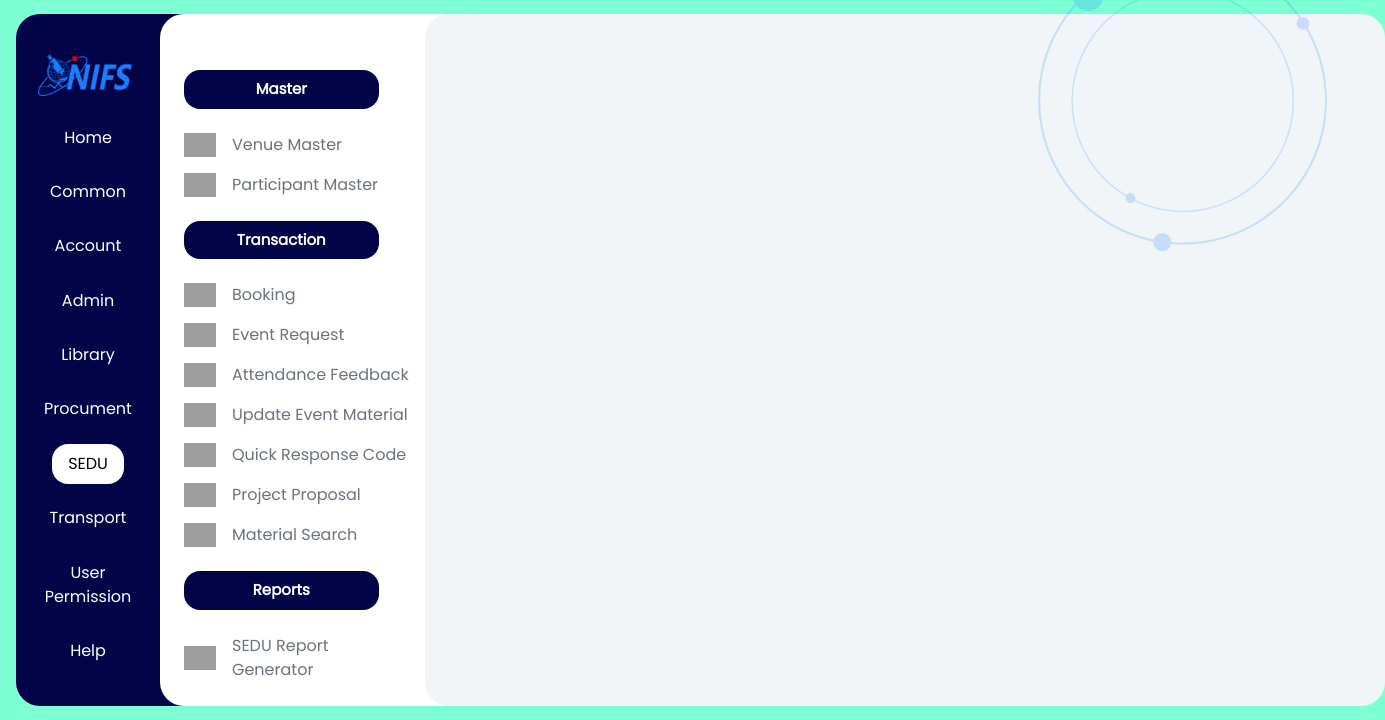
Repository: virangaj/NIFS-WebApp
Page: /sedu (app in client/)
An editor plug-in stored every save of this project. The page is shown before and after the next save, followed by the edit.
The browser window is 1280 px wide. The page is 1385 px wide, so the pictures cover 1385 px, including what lies to the right of the window. The pictures show the whole page.
Pictures or frames that could not be fetched are drawn as grey boxes. The project was rebuilt for these pictures with package versions that can differ from the ones it lists, and the page was loaded fresh each time. Also part of the build but not shown: client/src/pages/Login.tsx, client/src/pages/Home.tsx, client/src/components/Transport/shared/TransportNavbar.js, client/src/pages/TransportMainPage.tsx, client/src/pages/CommonMainPage.tsx, client/src/pages/AccountMainPage.tsx, client/src/pages/AdminMainPage.tsx, client/src/pages/LibraryMainPage.js and 15 more.

Above is the page before, as saved 2022-07-31 00:29:13.

After the next save:
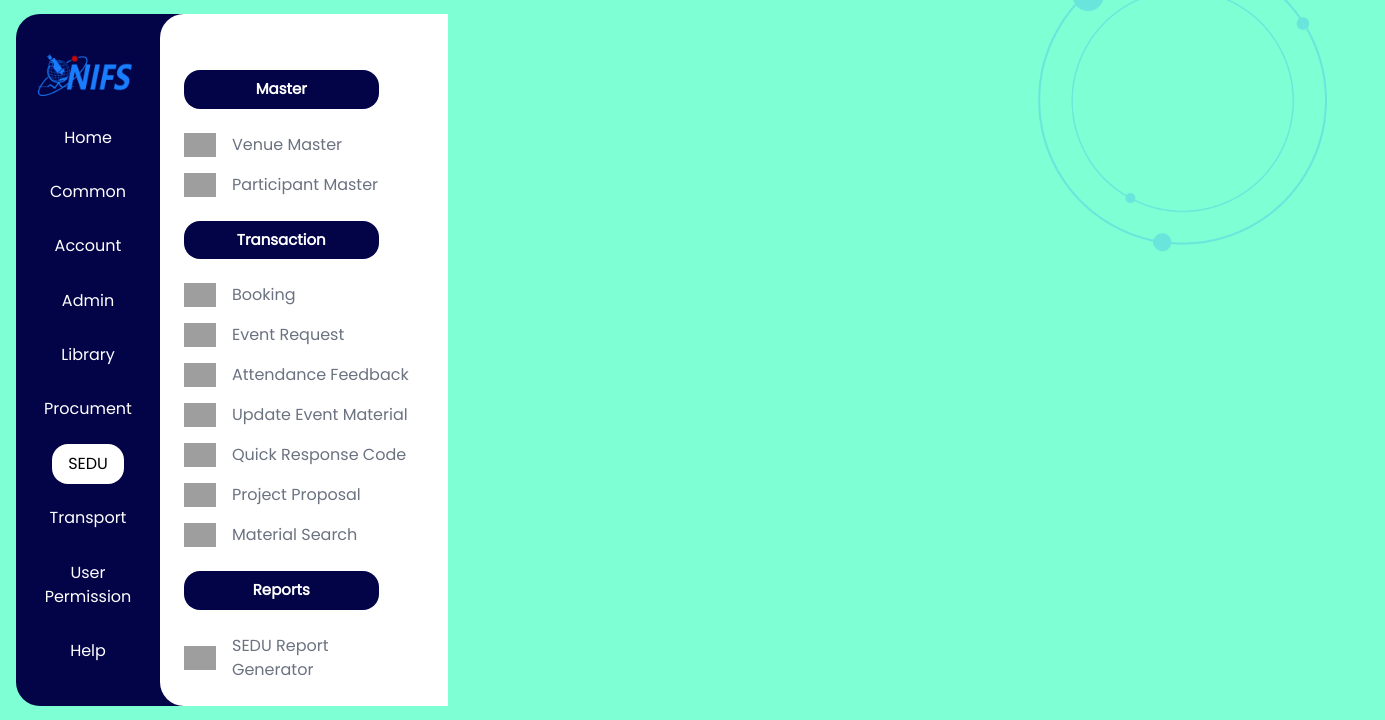
Saved 3 min 21 s later.
--- a/client/src/index.css
+++ b/client/src/index.css
@@ -29,7 +29,8 @@ body {
   --pimary: rgb(10, 94, 133);
   --warning: #ed3d63;
   --secondary-nav-color: rgb(255, 255, 255);
-  --body-content-bg: #f2f5f8;
+  --body-content-bg: linear-gradient(90deg, rgba(215, 251, 255, 0.4290091036414566) 0%, rgba(198, 229, 255, 0.2861519607843137) 100%);
+
 }
 
 

After the save that followed:
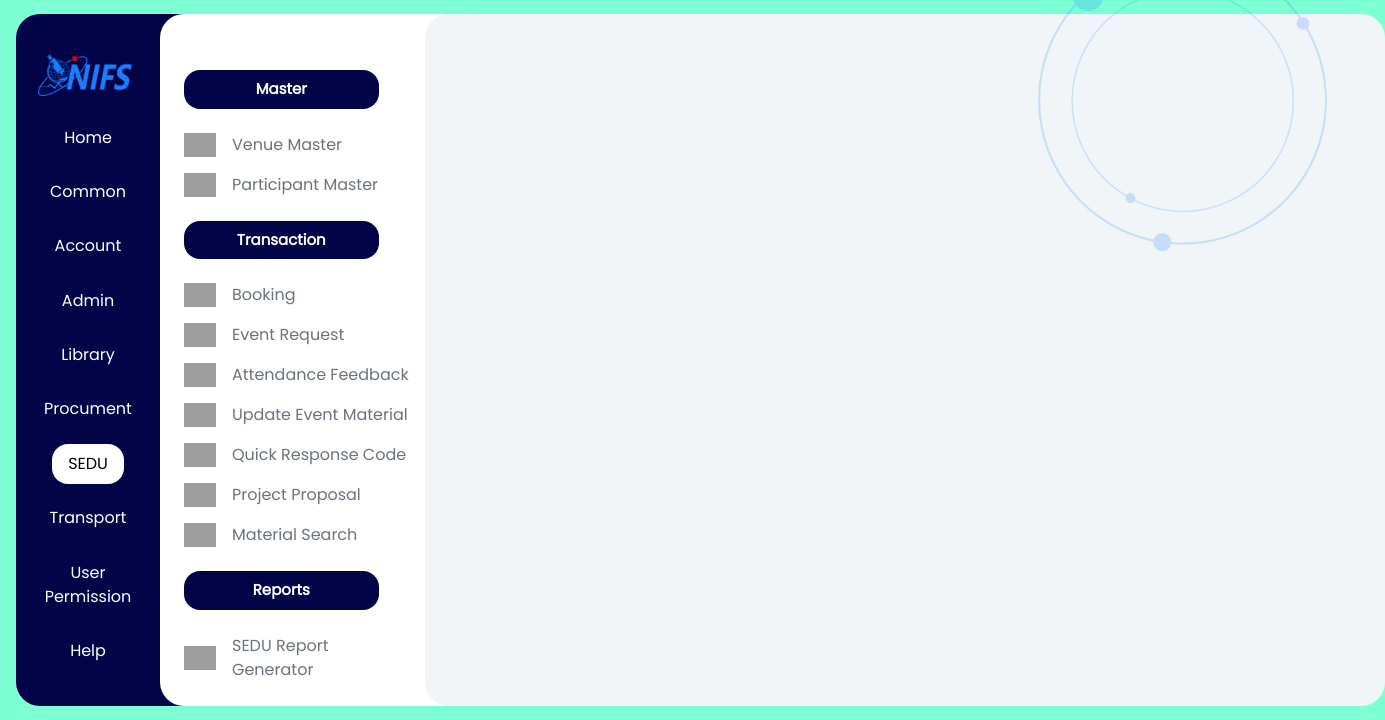
Saved 9 s later.
--- a/client/src/index.css
+++ b/client/src/index.css
@@ -29,8 +29,7 @@ body {
   --pimary: rgb(10, 94, 133);
   --warning: #ed3d63;
   --secondary-nav-color: rgb(255, 255, 255);
-  --body-content-bg: linear-gradient(90deg, rgba(215, 251, 255, 0.4290091036414566) 0%, rgba(198, 229, 255, 0.2861519607843137) 100%);
-
+  --body-content-bg: #f2f5f8;
 }
 
 
